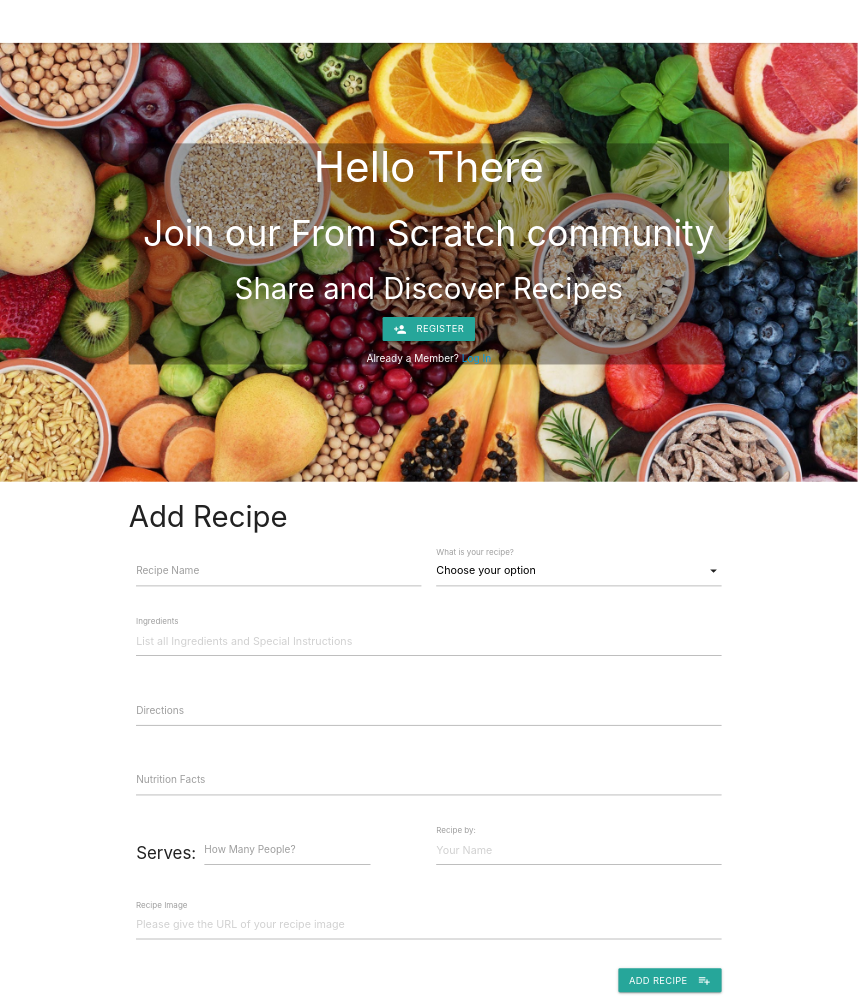
Repository: callendera/MilestoneProject3
Page: http://localhost/
The author's editor kept a record of every edit. The page is drawn from the files as they stood at one moment, then again after the next edit.
The browser window is 1280 px wide. The pictures show the whole page, at 67% of full size.
Backgrounds fixed to the window are drawn as part of the page. The page is served by the project's application, run on Flask 3 (recipe.py). Queries for data that is not in the repository find no rows.

Above is the page before.

### templates/recipe-home.html
{% extends 'base.html' %} {% block content %}

<div class="callout background-callout">
    <div class="container callout-text-background-color">

        <h1>Hello There</h1>
        <h2>Join our From Scratch community</h2>
        <h3>Share and Discover Recipes</h3>
        <a class="waves-effect waves-light btn"><i class="material-icons left">person_add</i>Register</a>
        <p>Already a Member? <a href=#>Log In</a></p>

    </div>
</div>
<div class="container flow-text" id="all-recipes">

    <div class="row">
        {% for recipes in from_scratch %}
        <div class="col s6">
            <a href="{{ url_for('view_recipe', recipe_id=recipes._id) }}"></a>
          <img class="materialboxed recipe-image" data-caption="{{recipes.recipe_name}}" src="{{recipes.recipe_image}}" ><
          <p class="recipe-name-margin"><strong>{{recipes.recipe_name}}</strong></p>
        </div>
        {% endfor %}
    </div>


    <h3>Add Recipe</h3>
    <div class="row">
        <form class="col s12" action="{{ url_for('insert_recipe') }}" method='POST'>
            <div class="row">
                <div class="input-field col s6">
                    <input id="recipe_name" name="recipe_name" type="text" class="validate">
                    <label for="recipe_name">Recipe Name</label>
                </div>

                <div class="input-field col s6">
                    <select id="recipe_type" name="recipe_type">
                  <option value="" disabled selected>Choose your option</option>
                  <option value="1">Vegetarian</option>
                  <option value="2">Chicken</option>
                  <option value="3">Beef</option>
                  <option value="3">Vegan</option>
                  <option value="3">Fish</option>
                  <option value="3">Pork</option>
                </select>
                    <label>What is your recipe?</label>
                </div>
            </div>
            <div class="row">
                <div class="input-field col s12">
                    <input placeholder="List all Ingredients and Special Instructions" name="ingredients0" id="ingredients0" type="text" class="validate">
                    <label for="ingredients0">Ingredients</label>
                </div>
            </div>
            <div class="row">
                <div class="input-field col s12">
                    <input id="directions0" name="directions0" type="text" class="validate">
                    <label for="directions0">Directions</label>
                </div>
            </div>
            <div class="row">
                <div class="input-field col s12">
                    <input id="nutrition0" name="nutrition0" type="text" class="validate">
                    <label for="nutrition0">Nutrition Facts</label>
                </div>
            </div>
            <div class="row">
                <div class="col s6">
                    Serves:
                    <div class="input-field inline">
                        <input id="serves" name="serves" type="number" class="validate">
                        <label for="serves">How Many People? </label>

                    </div>
                </div>
                <div class="input-field col s6">
                    <input placeholder="Your Name" id="recipe_name" name="recipe_name" type="text" class="validate">
                    <label for="recipe_name">Recipe by:</label>
                </div>
            </div>
            <div class="row">
                <div class="input-field col s12">
                    <input placeholder="Please give the URL of your recipe image" id="recipe_image" name="recipe_image" type="text" class="validate required">
                    <label for="recipe_image">Recipe Image</label>
                </div>
            </div>
            <button class="btn waves-effect waves-light right" type="submit" name="action">Add Recipe
            <i class="material-icons right">playlist_add</i>
         </button>
        </form>
        {% endblock %}
    </div>
</div>

### templates/base.html
<!DOCTYPE html>
<html>

<head>
    <link href="https://fonts.googleapis.com/icon?family=Material+Icons" rel="stylesheet">
    <!--link for Icons in Materialize-->

    <!--JQuery needs to be active before Materialize can render its' data-->

    <link rel="stylesheet" href="https://cdnjs.cloudflare.com/ajax/libs/materialize/1.0.0/css/materialize.min.css">
    <link rel="stylesheet" href="{{url_for('static',filename='css/style.css')}}" type="text/css" />
</head>

<body>
    <div class="navbar-fixed ">
        <nav class="transparent">
            <div class="nav-wrapper my-navbar-margin">
                <a href="index.html" class="brand-logo">From Scratch</a>
                <a href="#" data-target="mobile-nav" class="sidenav-trigger"><i class="material-icons">menu</i></a>
                <ul class="right hide-on-med-and-down">
                    <li><a href="#top">Home</a></li>
                    <li><a href="#all-recipes">All Recipes</a></li>
                    <li><a href="collapsible.html">Login</a></li>
                    <li><a href="mobile.html">Register</a></li>
                </ul>
            </div>
        </nav>
    </div>

    <ul class="sidenav" id="mobile-nav">
        <li><a href="#top">Home</a></li>
        <li><a href="#all-recipes">All Recipes</a></li>
        <li><a href="collapsible.html">Login</a></li>
        <li><a href="mobile.html">Register</a></li>
    </ul>



    {% block content %}
    <!--contains any content needed for each page, this give a template for such-->
    {% endblock %}



    <script src="https://cdnjs.cloudflare.com/ajax/libs/jquery/3.4.1/jquery.min.js" integrity="sha256-CSXorXvZcTkaix6Yvo6HppcZGetbYMGWSFlBw8HfCJo=" crossorigin="anonymous"></script>
    <script src="https://cdnjs.cloudflare.com/ajax/libs/materialize/1.0.0/js/materialize.min.js"></script>
    <!-- Script to use Materialize functionality-->
    <script type="text/javascript">
        $(document).ready(function() {
            $('select').formSelect();
        });
    </script>
    <script type="text/javascript">
        $(document).ready(function() {
            $('.collapsible').collapsible();
        });
    </script>
    <script type="text/javascript">
        $(document).ready(function() {
            $('.sidenav').sidenav();
        });
    </script>

    <!-- script for the collapsibles-->
</body>

</html>

### recipe.py
import os
from flask import Flask, render_template, redirect, request, url_for
from flask_pymongo import PyMongo
from bson.objectid import ObjectId
#sets up application for use with PyMongo, Flask

app = Flask(__name__)
app.config["MONGO_DBNAME"] = 'from_scratch'
#creates link between Database and application
app.config["MONGO_URI"] = os.getenv("MONGO_URI")

#creates application to be tested

mongo = PyMongo(app)

@app.route('/')

@app.route('/get_recipes')
#Display text as proof of concept
def get_recipes():
    from_scratch = mongo.db.recipes.find()
    return render_template( "recipe-home.html", from_scratch=from_scratch)

@app.route('/add_recipes')
def add_recipes():
    from_scratch = mongo.db.recipes.find()
    return render_template( "recipe-home.html")

@app.route('/insert_recipe', methods=['POST'])
def insert_recipe():
    from_scratch = mongo.db.recipes
    from_scratch.insert_one(request.form.to_dict())
    return redirect(url_for('get_recipes'))

# @app.route('/view_recipe/<recipe_id>')
# def view_recipe(recipe_id):
#     recipe = mongo.db.recipes
#     recipe.find_one_and_update(s
#         {'_id': ObjectId(recipe_id)},
#     )
#     recipe_db = mongo.db.recipes.find_one({'_id': ObjectId(recipe_id)})
#     return render_template("recipe-details.html", recipe=recipe_db)


if __name__ == '__main__':
    app.run(host=os.environ.get('IP'),
            port=int(os.environ.get('PORT')),
            debug=True)
#So they know how and where to run application

### static/css/style.css
.recipe-image {
    height: 300px;
    width: 400px;
    padding: 20px;
    padding-bottom: 0px;
    margin-top: 20px;
}
.recipe-name-margin {
    margin-top: 0px;
}
.background-callout {
     /*--- FOR ALL BACKGROUND CONTAINERS sets background image for callout container.
    it is set to not repeat, so the image doesnt stretch, and the image will be centered horizontally and
    pushed to the top of the container. the background will also not scroll, but remained positioned so things will scroll past it---*/
    background: url("../images/foods.jpg")no-repeat center center fixed;
    /*--- adjusts background for different browsers ---*/
    -webkit-background-size: cover;
    -moz-background-size: cover;
    -o-background-size: cover;
    background-size: cover;

    /*--- makes the background fit to the container ---*/
    overflow: hidden;

    /*--- aligns and justifies text in container ---*/
    align-items: center;
    justify-content: center;
    /*--- the height that container will take up in the viewport ---*/
    height: 91vh;
}

.callout-text-background-color {
    text-align: center;
    background-color: #05000059;
    color: white;
    height: 330px;
    margin-top: 150px;

}

.view-recipe-image {
    height: 500px;
    width: 800px;
}

After the next edit:
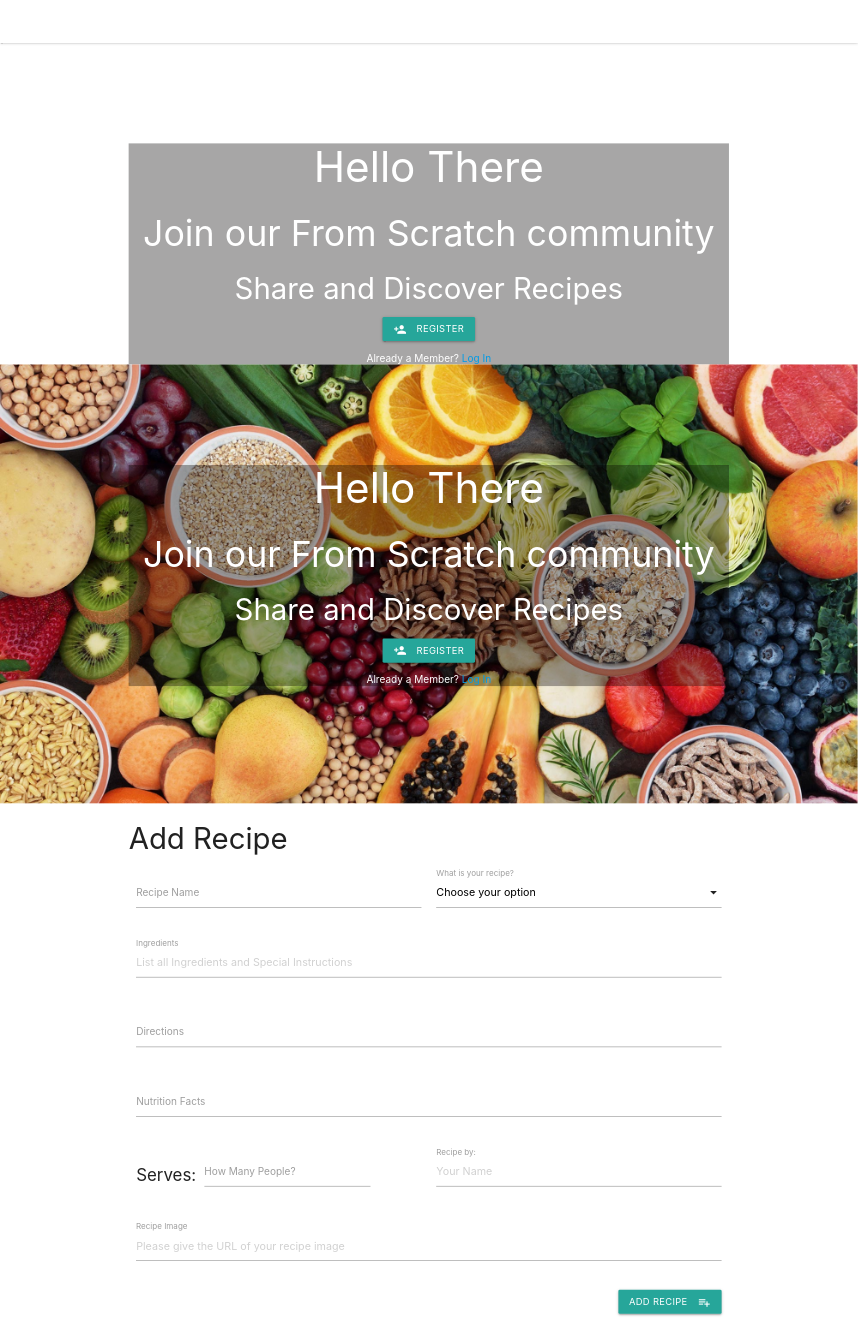
The edit:
--- a/templates/base.html
+++ b/templates/base.html
@@ -27,6 +27,16 @@
         </nav>
     </div>
 
+    <div class="container callout-text-background-color">
+
+        <h1>Hello There</h1>
+        <h2>Join our From Scratch community</h2>
+        <h3>Share and Discover Recipes</h3>
+        <a class="waves-effect waves-light btn"><i class="material-icons left">person_add</i>Register</a>
+        <p>Already a Member? <a href=#>Log In</a></p>
+
+    </div>
+</div>
     <ul class="sidenav" id="mobile-nav">
         <li><a href="#top">Home</a></li>
         <li><a href="#all-recipes">All Recipes</a></li>
